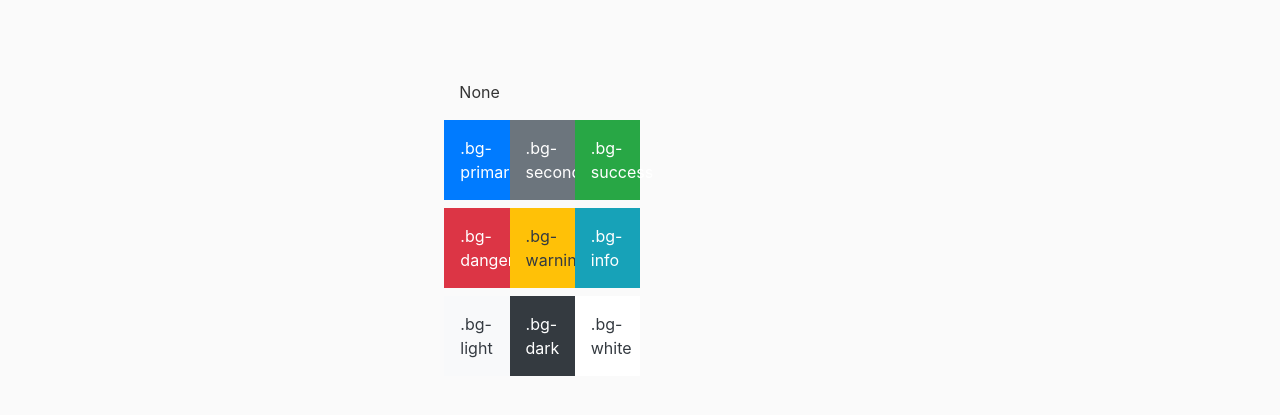
Repository: khanhdk0000/first_proj
Page: http://localhost/about
An editor plug-in stored every save of this project. The page is shown before and after the next save, followed by the edit.
The browser window is 1280 px wide. The pictures show the whole page.
Some web libraries are served in a nearby version. The page is served by the project's application, run on Flask 3 (flaskblog.py).

Above is the page before, as saved 2021-05-25 11:45:21.

### templates/about.html
{% extends "layout.html" %} {% block content %}
<div class="flex-center">
<div>
<p>{{ var}}</p>
<div class="row">
    <div class="col-2 p-3 mb-2 bg-primary text-white">.bg-primary</div>
    <div class="col-2 p-3 mb-2 bg-secondary text-white">.bg-secondary</div>
    <div class="col-2 p-3 mb-2 bg-success text-white">.bg-success</div>
</div>

<div class="row">
    <div class="col-2 p-3 mb-2 bg-danger text-white">.bg-danger</div>
    <div class="col-2 p-3 mb-2 bg-warning text-dark">.bg-warning</div>
    <div class="col-2 p-3 mb-2 bg-info text-white">.bg-info</div>
</div>

<div class="row">
    <div class="col-2 p-3 mb-2 bg-light text-dark">.bg-light</div>
    <div class="col-2 p-3 mb-2 bg-dark text-white">.bg-dark</div>
    <div class="col-2 p-3 mb-2 bg-white text-dark">.bg-white</div>
</div>
</div>
</div>

{% endblock content %}

### templates/layout.html
<!DOCTYPE html>
<html>
  <head>
    <!-- Required meta tags -->
    <meta charset="utf-8" />
    <meta
      name="viewport"
      content="width=device-width, initial-scale=1, shrink-to-fit=no"
    />

    <!-- Bootstrap CSS -->
    <link
      rel="stylesheet"
      href="https://maxcdn.bootstrapcdn.com/bootstrap/4.0.0/css/bootstrap.min.css"
      integrity="sha384-Gn5384xqQ1aoWXA+058RXPxPg6fy4IWvTNh0E263XmFcJlSAwiGgFAW/dAiS6JXm"
      crossorigin="anonymous"
    />

    <link
      rel="stylesheet"
      type="text/css"
      href="{{ url_for('static', filename='main.css') }}"
    />

    {% if title %}
    <title>Flask Blog - {{ title }}</title>
    {% else %}
    <title>Flask Blog</title>
    {% endif %}
  </head>
  <body>
    {% block content %}{% endblock %}

    <!-- Optional JavaScript -->
    <!-- jQuery first, then Popper.js, then Bootstrap JS -->
    <script
      src="https://code.jquery.com/jquery-3.2.1.slim.min.js"
      integrity="sha384-KJ3o2DKtIkvYIK3UENzmM7KCkRr/rE9/Qpg6aAZGJwFDMVNA/GpGFF93hXpG5KkN"
      crossorigin="anonymous"
    ></script>
    <script
      src="https://cdnjs.cloudflare.com/ajax/libs/popper.js/1.12.9/umd/popper.min.js"
      integrity="sha384-ApNbgh9B+Y1QKtv3Rn7W3mgPxhU9K/ScQsAP7hUibX39j7fakFPskvXusvfa0b4Q"
      crossorigin="anonymous"
    ></script>
    <script
      src="https://maxcdn.bootstrapcdn.com/bootstrap/4.0.0/js/bootstrap.min.js"
      integrity="sha384-JZR6Spejh4U02d8jOt6vLEHfe/JQGiRRSQQxSfFWpi1MquVdAyjUar5+76PVCmYl"
      crossorigin="anonymous"
    ></script>
    <!-- MDB -->
    <script
      type="text/javascript"
      src="https://cdnjs.cloudflare.com/ajax/libs/mdb-ui-kit/3.5.0/mdb.min.js"
    ></script>
  </body>
</html>

### flaskblog.py
from flask import Flask, render_template, url_for, request
app = Flask(__name__)


posts = [
    {
        'author': 'Corey Schafer',
        'title': 'Blog Post 1',
        'content': 'First post content',
        'date_posted': 'April 20, 2018'
    },
    {
        'author': 'Jane Doe',
        'title': 'Blog Post 2',
        'content': 'Second post content',
        'date_posted': 'April 21, 2018'
    }
]

@app.route('/')
@app.route('/home')
def hello_world():
    return render_template('home.html', posts=posts, title='Hey')

@app.route('/about')
def about():
    my_var = request.args.get('my_var', None)
    return render_template('about.html', posts=posts, var=my_var)

if __name__ == '__main__':
    app.run(debug=True)

### static/main.css
body {
    background: #fafafa;
    color: #333333;
    margin-top: 5rem;
    height: 100%;
  }

  h1, h2, h3, h4, h5, h6 {
    color: #444444;
  }

  .bg-steel {
    background-color: #5f788a;
  }

  .site-header .navbar-nav .nav-link {
    color: #cbd5db;
  }

  .site-header .navbar-nav .nav-link:hover {
    color: #ffffff;
  }

  .site-header .navbar-nav .nav-link.active {
    font-weight: 500;
  }

  .content-section {
    background: #ffffff;
    padding: 10px 20px;
    border: 1px solid #dddddd;
    border-radius: 3px;
    margin-bottom: 20px;
  }

  .article-title {
    color: #444444;
  }

  a.article-title:hover {
    color: #428bca;
    text-decoration: none;
  }

  .article-content {
    white-space: pre-line;
  }

  .article-img {
    height: 65px;
    width: 65px;
    margin-right: 16px;
  }

  .article-metadata {
    padding-bottom: 1px;
    margin-bottom: 4px;
    border-bottom: 1px solid #e3e3e3
  }

  .article-metadata a:hover {
    color: #333;
    text-decoration: none;
  }

  .article-svg {
    width: 25px;
    height: 25px;
    vertical-align: middle;
  }

  .account-img {
    height: 125px;
    width: 125px;
    margin-right: 20px;
    margin-bottom: 16px;
  }

  .account-heading {
    font-size: 2.5rem;
  }

  .vertical-center {
    min-height: 100%;  /* Fallback for browsers do NOT support vh unit */
    min-height: 100vh; /* These two lines are counted as one :-)       */

    justify-content:center;
    display: flex;
    align-items: center;
  }

  .flex-center {
    display: flex;
    justify-content: center;
    min-height: 100%;
    min-width: 100%;
  }

After the next save:
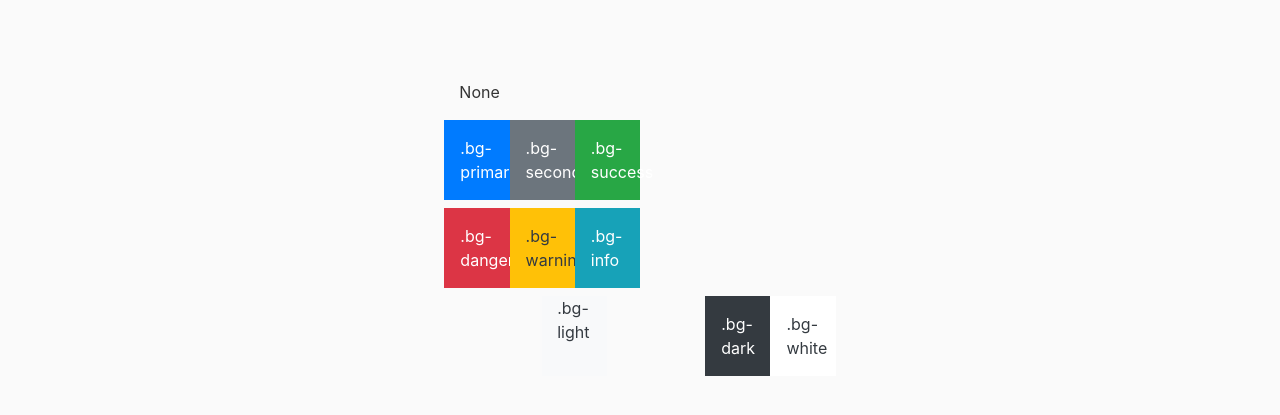
Saved 57 s later.
--- a/templates/about.html
+++ b/templates/about.html
@@ -15,7 +15,7 @@
 </div>
 
 <div class="row">
-    <div class="col-2 p-3 mb-2 bg-light text-dark">.bg-light</div>
+    <div class="col-2 mx-auto mb-2 bg-light text-dark">.bg-light</div>
     <div class="col-2 p-3 mb-2 bg-dark text-white">.bg-dark</div>
     <div class="col-2 p-3 mb-2 bg-white text-dark">.bg-white</div>
 </div>
